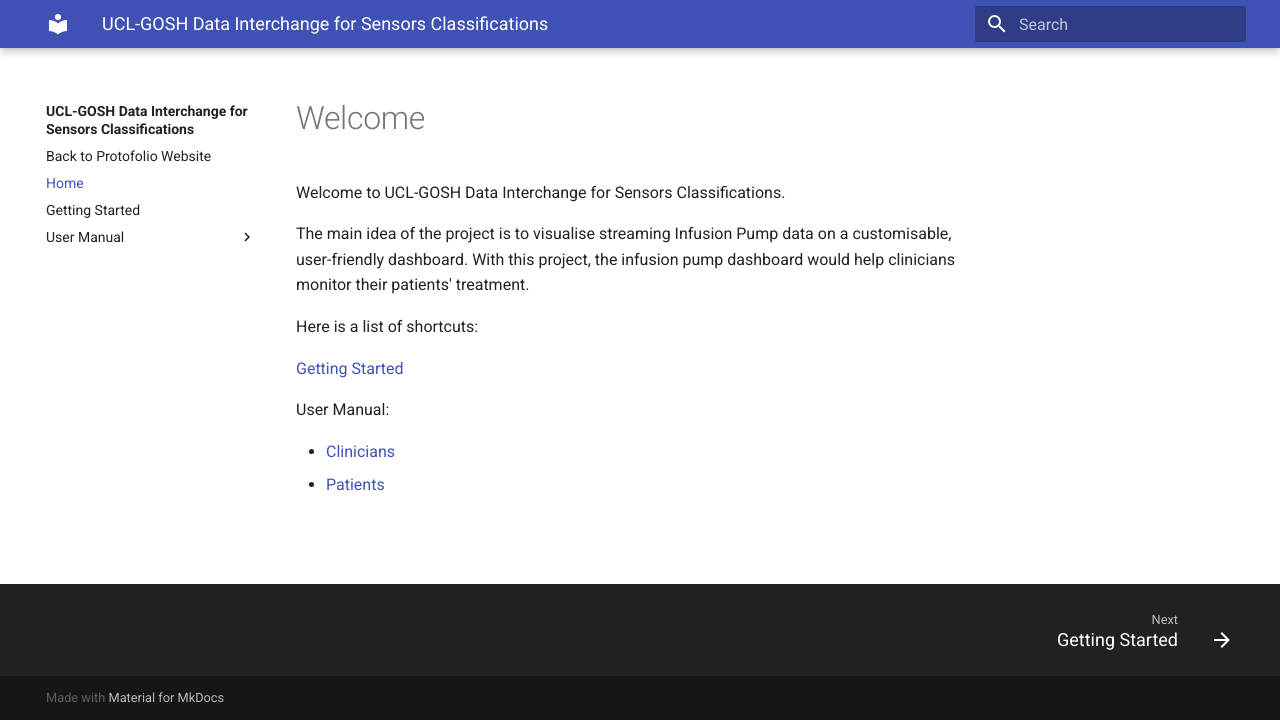
Repository: COMP0016-Team6/user-manual
Page: site/index.html
These files come from the project's save history. The page is drawn as it stood at one moment and after the next save; the edit follows.
The browser window is 1280 px wide. The pictures show the whole page.

Above is the page before, as saved 2021-03-18 22:38:38.

### site/index.html

<!doctype html>
<html lang="en" class="no-js">
  <head>

      <meta charset="utf-8">
      <meta name="viewport" content="width=device-width,initial-scale=1">




      <link rel="shortcut icon" href="assets/images/favicon.png">
      <meta name="generator" content="mkdocs-1.1.2, mkdocs-material-7.0.5">


      <a href="https://comp0016-team6.github.io/">
        <title>UCL-GOSH Data Interchange for Sensors Classifications</title>
      </a>




      <link rel="stylesheet" href="assets/stylesheets/main.77f3fd56.min.css">


        <link rel="stylesheet" href="assets/stylesheets/palette.7fa14f5b.min.css">







        <link rel="preconnect" href="https://fonts.gstatic.com" crossorigin>
        <link rel="stylesheet" href="https://fonts.googleapis.com/css?family=Roboto:300,400,400i,700%7CRoboto+Mono&display=fallback">
        <style>:root{--md-text-font-family:"Roboto";--md-code-font-family:"Roboto Mono"}</style>








  </head>







    <body dir="ltr" data-md-color-scheme="" data-md-color-primary="none" data-md-color-accent="none">



    <input class="md-toggle" data-md-toggle="drawer" type="checkbox" id="__drawer" autocomplete="off">
    <input class="md-toggle" data-md-toggle="search" type="checkbox" id="__search" autocomplete="off">
    <label class="md-overlay" for="__drawer"></label>
    <div data-md-component="skip">


        <a href="#welcome" class="md-skip">
          Skip to content
        </a>

    </div>
    <div data-md-component="announce">

    </div>



<header class="md-header" data-md-component="header">
  <nav class="md-header__inner md-grid" aria-label="Header">
    <a href="https://comp0016-team6.github.io/" title="UCL-GOSH Data Interchange for Sensors Classifications" class="md-header__button md-logo" aria-label="UCL-GOSH Data Interchange for Sensors Classifications">


  <svg xmlns="http://www.w3.org/2000/svg" viewBox="0 0 24 24"><path d="M12 8a3 3 0 0 0 3-3 3 3 0 0 0-3-3 3 3 0 0 0-3 3 3 3 0 0 0 3 3m0 3.54C9.64 9.35 6.5 8 3 8v11c3.5 0 6.64 1.35 9 3.54 2.36-2.19 5.5-3.54 9-3.54V8c-3.5 0-6.64 1.35-9 3.54z"/></svg>

    </a>
    <label class="md-header__button md-icon" for="__drawer">
      <svg xmlns="http://www.w3.org/2000/svg" viewBox="0 0 24 24"><path d="M3 6h18v2H3V6m0 5h18v2H3v-2m0 5h18v2H3v-2z"/></svg>
    </label>
    <div class="md-header__title" data-md-component="header-title">
      <div class="md-header__ellipsis">
        <div class="md-header__topic">
          <a href="https://comp0016-team6.github.io/">
            <span class="md-ellipsis">
              UCL-GOSH Data Interchange for Sensors Classifications
            </span>
          </a>
        </div>
        <div class="md-header__topic" data-md-component="header-topic">
          <span class="md-ellipsis">

              Home

          </span>
        </div>
      </div>
    </div>
    <div class="md-header__options">

    </div>

      <label class="md-header__button md-icon" for="__search">
        <svg xmlns="http://www.w3.org/2000/svg" viewBox="0 0 24 24"><path d="M9.5 3A6.5 6.5 0 0 1 16 9.5c0 1.61-.59 3.09-1.56 4.23l.27.27h.79l5 5-1.5 1.5-5-5v-.79l-.27-.27A6.516 6.516 0 0 1 9.5 16 6.5 6.5 0 0 1 3 9.5 6.5 6.5 0 0 1 9.5 3m0 2C7 5 5 7 5 9.5S7 14 9.5 14 14 12 14 9.5 12 5 9.5 5z"/></svg>
      </label>

<div class="md-search" data-md-component="search" role="dialog">
  <label class="md-search__overlay" for="__search"></label>
  <div class="md-search__inner" role="search">
    <form class="md-search__form" name="search">
      <input type="text" class="md-search__input" name="query" aria-label="Search" placeholder="Search" autocapitalize="off" autocorrect="off" autocomplete="off" spellcheck="false" data-md-component="search-query" data-md-state="active" required>
      <label class="md-search__icon md-icon" for="__search">
        <svg xmlns="http://www.w3.org/2000/svg" viewBox="0 0 24 24"><path d="M9.5 3A6.5 6.5 0 0 1 16 9.5c0 1.61-.59 3.09-1.56 4.23l.27.27h.79l5 5-1.5 1.5-5-5v-.79l-.27-.27A6.516 6.516 0 0 1 9.5 16 6.5 6.5 0 0 1 3 9.5 6.5 6.5 0 0 1 9.5 3m0 2C7 5 5 7 5 9.5S7 14 9.5 14 14 12 14 9.5 12 5 9.5 5z"/></svg>
        <svg xmlns="http://www.w3.org/2000/svg" viewBox="0 0 24 24"><path d="M20 11v2H8l5.5 5.5-1.42 1.42L4.16 12l7.92-7.92L13.5 5.5 8 11h12z"/></svg>
      </label>
      <button type="reset" class="md-search__icon md-icon" aria-label="Clear" tabindex="-1">
        <svg xmlns="http://www.w3.org/2000/svg" viewBox="0 0 24 24"><path d="M19 6.41L17.59 5 12 10.59 6.41 5 5 6.41 10.59 12 5 17.59 6.41 19 12 13.41 17.59 19 19 17.59 13.41 12 19 6.41z"/></svg>
      </button>
    </form>
    <div class="md-search__output">
      <div class="md-search__scrollwrap" data-md-scrollfix>
        <div class="md-search-result" data-md-component="search-result">
          <div class="md-search-result__meta">
            Initializing search
          </div>
          <ol class="md-search-result__list"></ol>
        </div>
      </div>
    </div>
  </div>
</div>


  </nav>
</header>

    <div class="md-container" data-md-component="container">




      <main class="md-main" data-md-component="main">
        <div class="md-main__inner md-grid">



              <div class="md-sidebar md-sidebar--primary" data-md-component="sidebar" data-md-type="navigation" >
                <div class="md-sidebar__scrollwrap">
                  <div class="md-sidebar__inner">





<nav class="md-nav md-nav--primary" aria-label="Navigation" data-md-level="0">
  <label class="md-nav__title" for="__drawer">
    <a href="." title="UCL-GOSH Data Interchange for Sensors Classifications" class="md-nav__button md-logo" aria-label="UCL-GOSH Data Interchange for Sensors Classifications">


  <svg xmlns="http://www.w3.org/2000/svg" viewBox="0 0 24 24"><path d="M12 8a3 3 0 0 0 3-3 3 3 0 0 0-3-3 3 3 0 0 0-3 3 3 3 0 0 0 3 3m0 3.54C9.64 9.35 6.5 8 3 8v11c3.5 0 6.64 1.35 9 3.54 2.36-2.19 5.5-3.54 9-3.54V8c-3.5 0-6.64 1.35-9 3.54z"/></svg>

    </a>
    UCL-GOSH Data Interchange for Sensors Classifications
  </label>

  <ul class="md-nav__list" data-md-scrollfix>








    <li class="md-nav__item">
      <a href="https://comp0016-team6.github.io/" class="md-nav__link">
        Back to Protofolio Website
      </a>
    </li>












    <li class="md-nav__item md-nav__item--active">

      <input class="md-nav__toggle md-toggle" data-md-toggle="toc" type="checkbox" id="__toc">




      <a href="." class="md-nav__link md-nav__link--active">
        Home
      </a>

    </li>










    <li class="md-nav__item">
      <a href="getting_started/" class="md-nav__link">
        Getting Started
      </a>
    </li>











    <li class="md-nav__item md-nav__item--nested">


        <input class="md-nav__toggle md-toggle" data-md-toggle="__nav_4" type="checkbox" id="__nav_4" >

      <label class="md-nav__link" for="__nav_4">
        User Manual
        <span class="md-nav__icon md-icon"></span>
      </label>
      <nav class="md-nav" aria-label="User Manual" data-md-level="1">
        <label class="md-nav__title" for="__nav_4">
          <span class="md-nav__icon md-icon"></span>
          User Manual
        </label>
        <ul class="md-nav__list" data-md-scrollfix>





    <li class="md-nav__item">
      <a href="clinicians/" class="md-nav__link">
        Clinicians
      </a>
    </li>







    <li class="md-nav__item">
      <a href="patients/" class="md-nav__link">
        Patients
      </a>
    </li>



        </ul>
      </nav>
    </li>



  </ul>
</nav>
                  </div>
                </div>
              </div>



              <div class="md-sidebar md-sidebar--secondary" data-md-component="sidebar" data-md-type="toc" >
                <div class="md-sidebar__scrollwrap">
                  <div class="md-sidebar__inner">

<nav class="md-nav md-nav--secondary" aria-label="Table of contents">





</nav>
                  </div>
                </div>
              </div>


          <div class="md-content" data-md-component="content">
            <article class="md-content__inner md-typeset">



                <h1 id="welcome">Welcome</h1>
<p>Welcome to UCL-GOSH Data Interchange for Sensors Classifications.</p>
<p>The main idea of the project is to visualise streaming Infusion Pump data on a customisable, user-friendly dashboard. With this project, the infusion pump dashboard would help clinicians monitor their patients' treatment.</p>
<p>Here is a list of shortcuts: </p>
<p><a href="getting_started/">Getting Started</a></p>
<p>User Manual:</p>
<ul>
<li><a href="clinicians/">Clinicians</a></li>
<li><a href="patients/">Patients</a></li>
</ul>







            </article>
          </div>
        </div>
      </main>


<footer class="md-footer">

    <nav class="md-footer__inner md-grid" aria-label="Footer">


        <a href="getting_started/" class="md-footer__link md-footer__link--next" rel="next">
          <div class="md-footer__title">
            <div class="md-ellipsis">
              <span class="md-footer__direction">
                Next
              </span>
              Getting Started
            </div>
          </div>
          <div class="md-footer__button md-icon">
            <svg xmlns="http://www.w3.org/2000/svg" viewBox="0 0 24 24"><path d="M4 11v2h12l-5.5 5.5 1.42 1.42L19.84 12l-7.92-7.92L10.5 5.5 16 11H4z"/></svg>
          </div>
        </a>

    </nav>

  <div class="md-footer-meta md-typeset">
    <div class="md-footer-meta__inner md-grid">
      <div class="md-footer-copyright">

        Made with
        <a href="https://squidfunk.github.io/mkdocs-material/" target="_blank" rel="noopener">
          Material for MkDocs
        </a>

      </div>

    </div>
  </div>
</footer>

    </div>
    <div class="md-dialog" data-md-component="dialog">
      <div class="md-dialog__inner md-typeset"></div>
    </div>
    <script id="__config" type="application/json">{"base": ".", "features": [], "translations": {"clipboard.copy": "Copy to clipboard", "clipboard.copied": "Copied to clipboard", "search.config.lang": "en", "search.config.pipeline": "trimmer, stopWordFilter", "search.config.separator": "[\\s\\-]+", "search.placeholder": "Search", "search.result.placeholder": "Type to start searching", "search.result.none": "No matching documents", "search.result.one": "1 matching document", "search.result.other": "# matching documents", "search.result.more.one": "1 more on this page", "search.result.more.other": "# more on this page", "search.result.term.missing": "Missing"}, "search": "assets/javascripts/workers/search.fb4a9340.min.js", "version": null}</script>


      <script src="assets/javascripts/bundle.5cf3e710.min.js"></script>


  </body>
</html>

Loaded but not shown: site/assets/stylesheets/main.77f3fd56.min.css (library); site/assets/stylesheets/palette.7fa14f5b.min.css (library); site/assets/javascripts/bundle.5cf3e710.min.js (library); site/assets/javascripts/workers/search.fb4a9340.min.js (library); site/search/search_index.json (1 lines, source omitted)

After the next save:
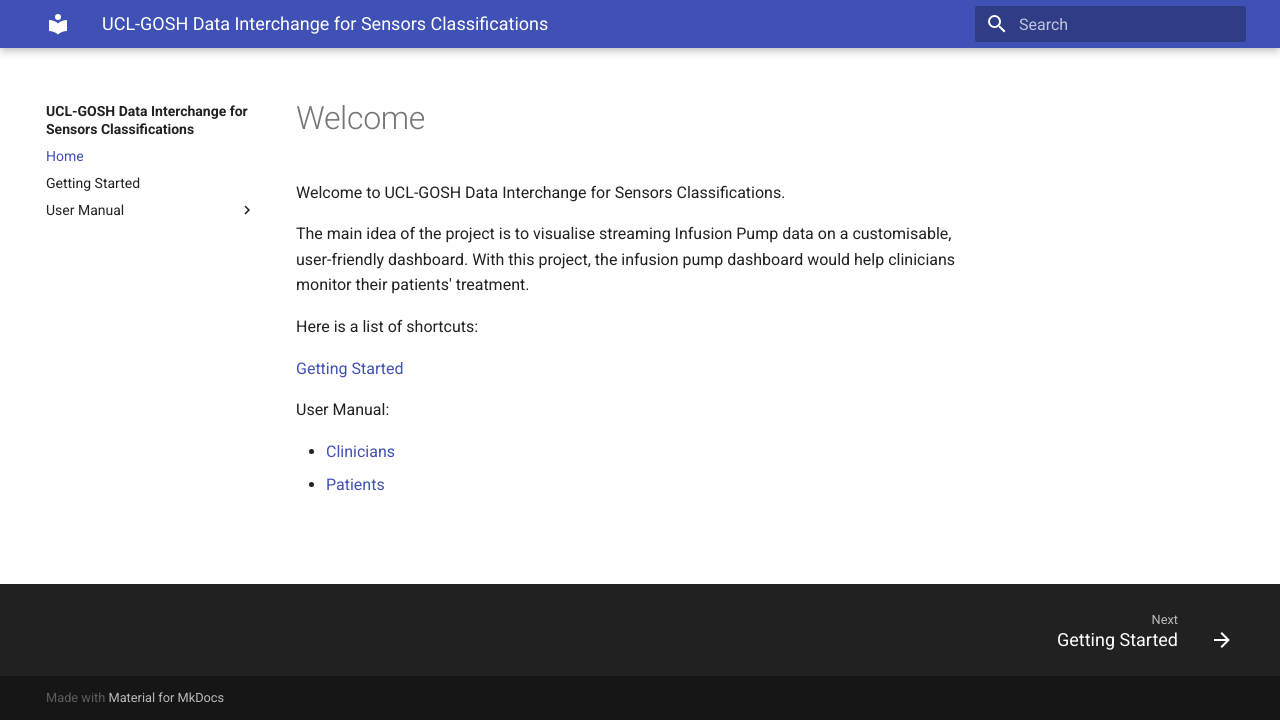
Saved 63 min 42 s later.
--- a/site/index.html
+++ b/site/index.html
@@ -13,10 +13,8 @@
       <meta name="generator" content="mkdocs-1.1.2, mkdocs-material-7.0.5">
 
 
-      <a href="https://comp0016-team6.github.io/">
+
         <title>UCL-GOSH Data Interchange for Sensors Classifications</title>
-      </a>
-
 
 
 
@@ -176,21 +174,6 @@
 
 
 
-    <li class="md-nav__item">
-      <a href="https://comp0016-team6.github.io/" class="md-nav__link">
-        Back to Protofolio Website
-      </a>
-    </li>
-
-
-
-
-
-
-
-
-
-
 
 
     <li class="md-nav__item md-nav__item--active">
@@ -234,14 +217,14 @@
     <li class="md-nav__item md-nav__item--nested">
 
 
-        <input class="md-nav__toggle md-toggle" data-md-toggle="__nav_4" type="checkbox" id="__nav_4" >
-
-      <label class="md-nav__link" for="__nav_4">
+        <input class="md-nav__toggle md-toggle" data-md-toggle="__nav_3" type="checkbox" id="__nav_3" >
+
+      <label class="md-nav__link" for="__nav_3">
         User Manual
         <span class="md-nav__icon md-icon"></span>
       </label>
       <nav class="md-nav" aria-label="User Manual" data-md-level="1">
-        <label class="md-nav__title" for="__nav_4">
+        <label class="md-nav__title" for="__nav_3">
           <span class="md-nav__icon md-icon"></span>
           User Manual
         </label>
